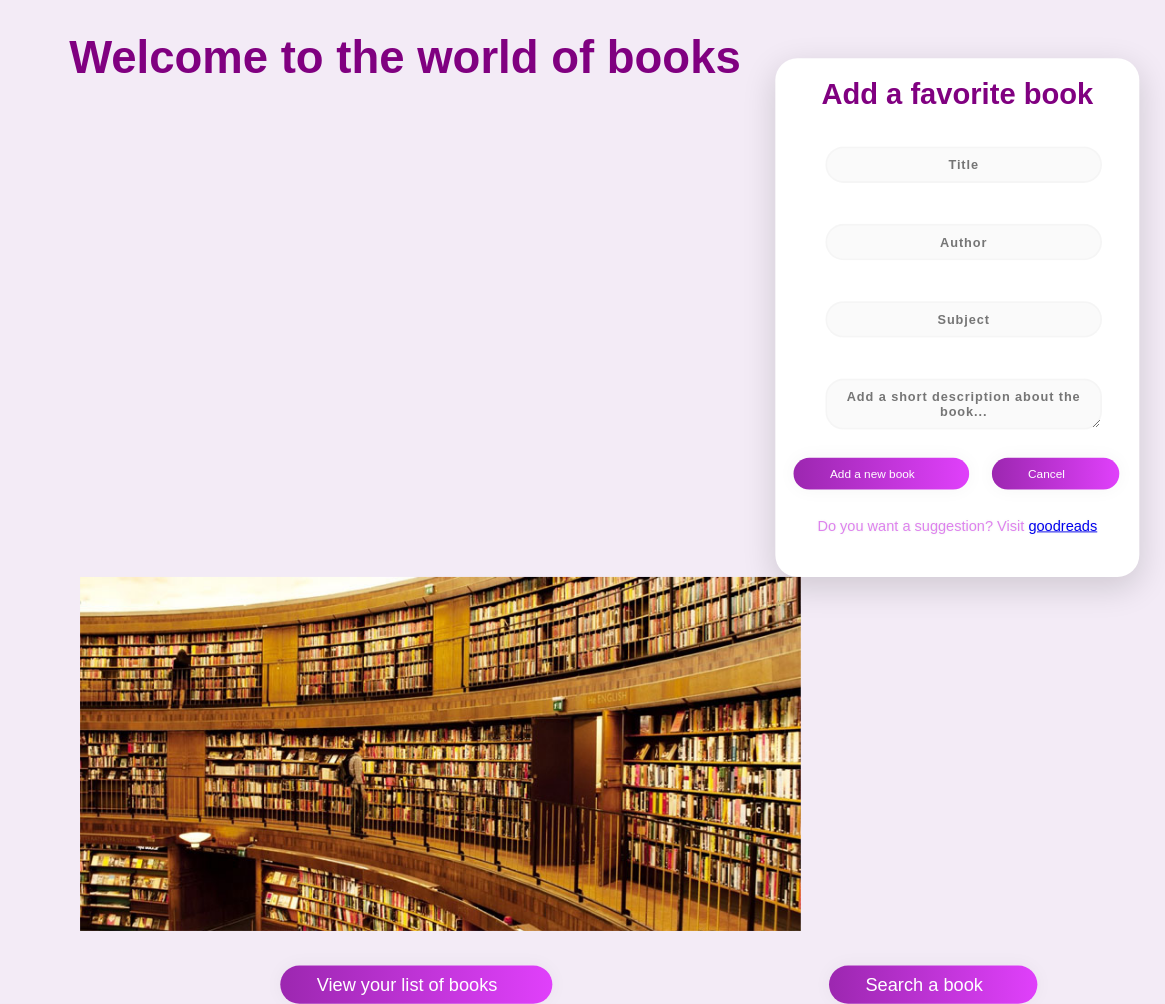
Repository: marinaserbanoiu/Cloud-Computing-Project
Page: server/frontend/index.html
The author's editor kept a record of every edit. The page is drawn from the files as they stood at one moment, then again after the next edit.
The browser window is 1280 px wide. The pictures show the whole page, at 91% of full size.

Above is the page before.

After the next edit:
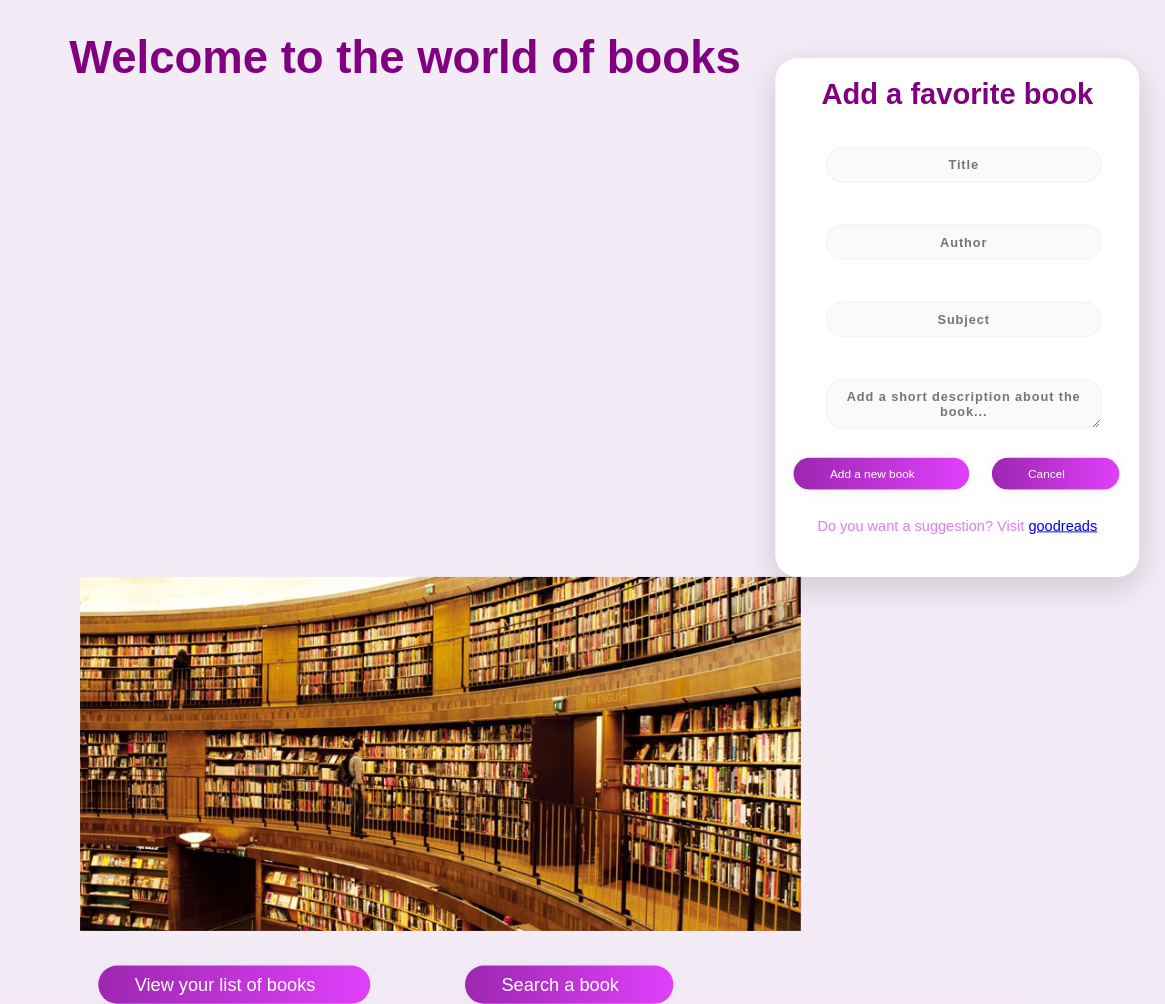
The edit:
--- a/server/frontend/index.html
+++ b/server/frontend/index.html
@@ -82,7 +82,7 @@
         font-family: 'Ubuntu', sans-serif;
         box-shadow: 0 0 20px 1px rgba(0, 0, 0, 0.04);
            text-decoration:none;
-           margin-left: 300px;
+           margin-left: 100px;
            margin-top: 70px;
            font-size: 20px;
        }
